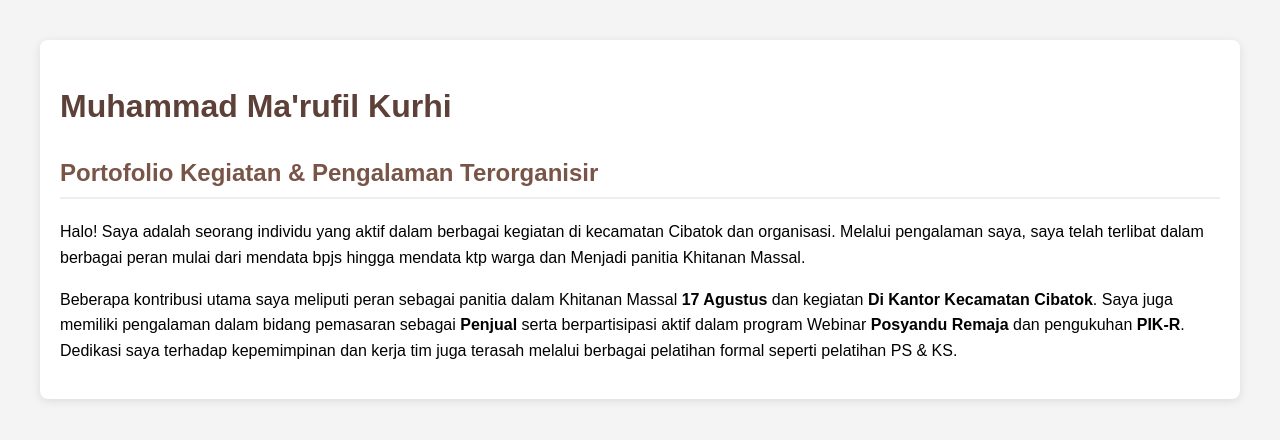
Repository: rufi1126/241552010002-Web-Application-Development
Page: p-2/latihan1.html
These files come from the project's save history. The page is drawn as it stood at one moment and after a run of saves; the edit follows.
The browser window is 1280 px wide. The pictures show the whole page.

Above is the page before, as saved 2026-02-27 17:27:09.

After the next 4 saves:
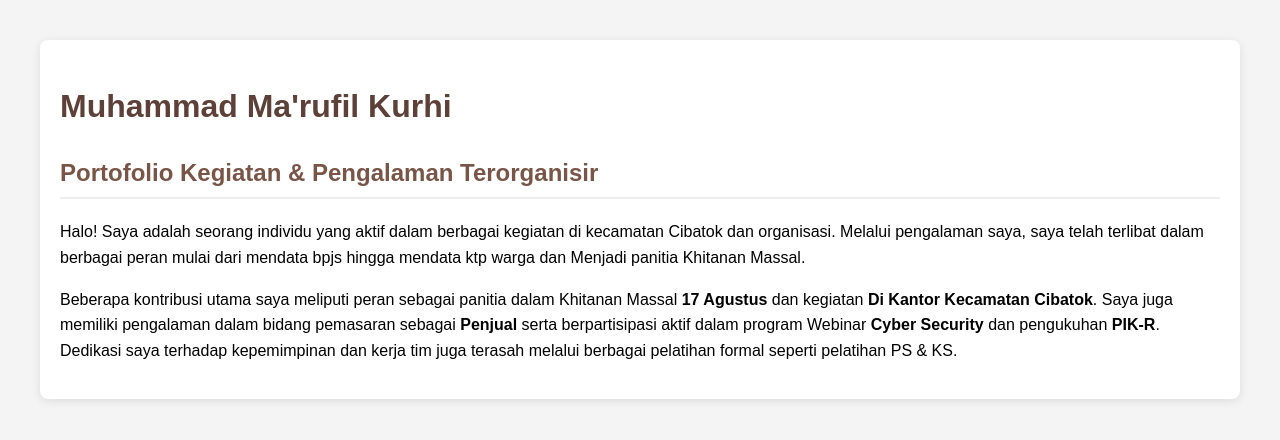
The 4 saves are shown as one change because they came seconds apart.
The last was saved 16 s later.
--- a/p-2/latihan1.html
+++ b/p-2/latihan1.html
@@ -43,7 +43,7 @@
             Beberapa kontribusi utama saya meliputi peran sebagai panitia dalam Khitanan Massal <strong>17 Agustus</strong>
             dan kegiatan <strong>Di Kantor Kecamatan Cibatok</strong>. Saya juga memiliki pengalaman dalam bidang pemasaran
             sebagai <strong>Penjual</strong> serta berpartisipasi aktif dalam program Webinar
-            <strong>Posyandu Remaja</strong> dan pengukuhan <strong>PIK-R</strong>. Dedikasi saya terhadap kepemimpinan
+            <strong>Cyber Security</strong> dan pengukuhan <strong>PIK-R</strong>. Dedikasi saya terhadap kepemimpinan
             dan kerja tim juga terasah melalui berbagai pelatihan formal seperti pelatihan PS & KS.
         </p>
     </div>
